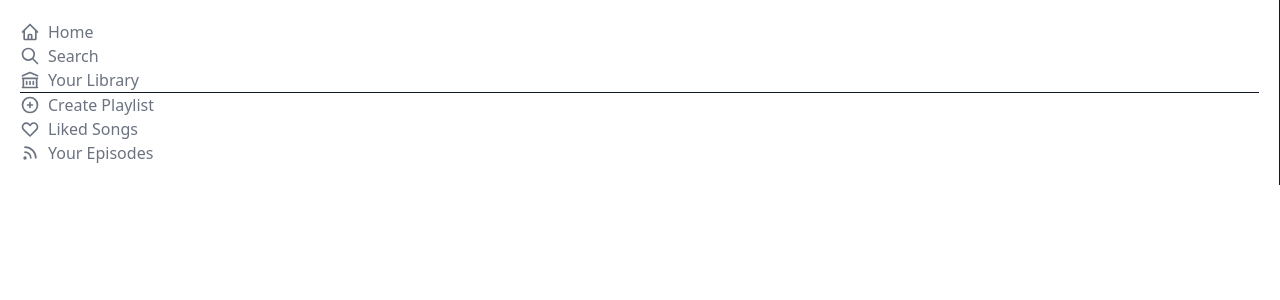
Repository: SehajBindra/Spotify-clone
Page: /
These files come from the project's save history. The page is drawn as it stood at one moment and after the next save; the edit follows.
The browser window is 1280 px wide. The pictures show the whole page.
The project was rebuilt for these pictures with package versions that can differ from the ones it lists, and the page was loaded fresh each time. The framework's server and built-in components were replaced by stand-ins that run in the browser. Also part of the build but not shown: next.config.js, styles/Home.module.css.

Above is the page before, as saved 2022-07-08 16:08:19.

### pages/index.js
import styles from "../styles/Home.module.css";
import Head from "next/head";
import Sidebar from "../components/Sidebar";

export default function Home() {
  return (
    <div>
      <Head>
        <title>Spotify</title>
        <meta name="description" content="Generated by create next app" />
        <link rel="icon" href="/favicon.ico" />
      </Head>

      <main>
        <Sidebar />
        {/* center */}
      </main>

      <div>{/* footer */}</div>
    </div>
  );
}

### components/Sidebar.js
import React from "react";
import {
  HeartIcon,
  HomeIcon,
  LibraryIcon,
  PlusCircleIcon,
  RssIcon,
  SearchIcon,
} from "@heroicons/react/outline";

function Sidebar() {
  return (
    <div className=" text-gray-500 p-5  border-r  border-gray-900">
      {" "}
      <button className="flex items-center space-x-2 hover:text-white">
        <HomeIcon className="h-5 w-5" />
        <p>Home</p>
      </button>
      <button className="flex items-center space-x-2 hover:text-white">
        <SearchIcon className="h-5 w-5" />
        <p>Search</p>
      </button>
      <button className="flex items-center space-x-2 hover:text-white">
        <LibraryIcon className="h-5 w-5" />
        <p>Your Library</p>
      </button>
      <hr className=" border-t [0.1px] border-gray-900" />
      <button className="flex items-center space-x-2 hover:text-white">
        <PlusCircleIcon className="h-5 w-5" />
        <p>Create Playlist</p>
      </button>
      <button className="flex items-center space-x-2 hover:text-white">
        <HeartIcon className="h-5 w-5" />
        <p>Liked Songs</p>
      </button>
      <button className="flex items-center space-x-2 hover:text-white">
        <RssIcon className="h-5 w-5" />
        <p>Your Episodes</p>
      </button>
    </div>
  );
}

export default Sidebar;

Loaded but not shown: pages/_app.js (common file); styles/globals.css (common file); tailwind.config.js (common file)

After the next save:
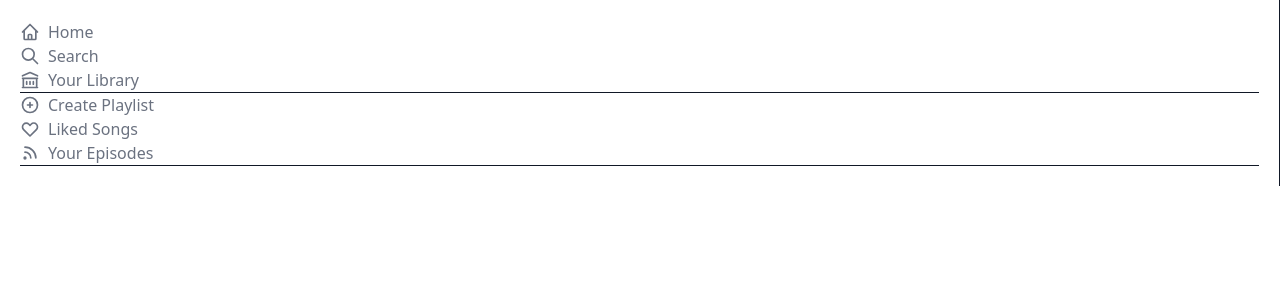
Saved 31 s later.
--- a/components/Sidebar.js
+++ b/components/Sidebar.js
@@ -37,6 +37,7 @@ function Sidebar() {
         <RssIcon className="h-5 w-5" />
         <p>Your Episodes</p>
       </button>
+      <hr className=" border-t [0.1px] border-gray-900" />
     </div>
   );
 }
